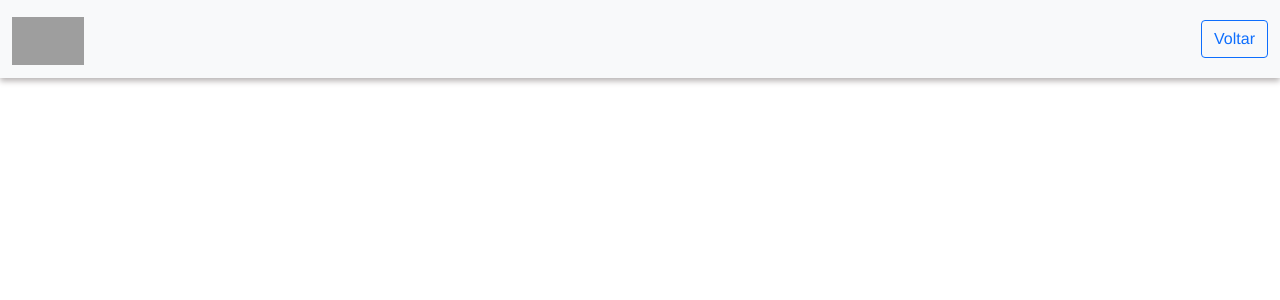
Repository: LuismGil/Countries-list
Page: /
The author's editor kept a copy of each file at every save. The page is drawn from the files as they stood at one save, then again after the next save.
The browser window is 1280 px wide. The pictures show the whole page.
Pictures or frames that could not be fetched are drawn as grey boxes. The project was rebuilt for these pictures with package versions that can differ from the ones it lists, and the page was loaded fresh each time.

Above is the page before, as saved 2021-05-22 18:55:00.

After the next save:
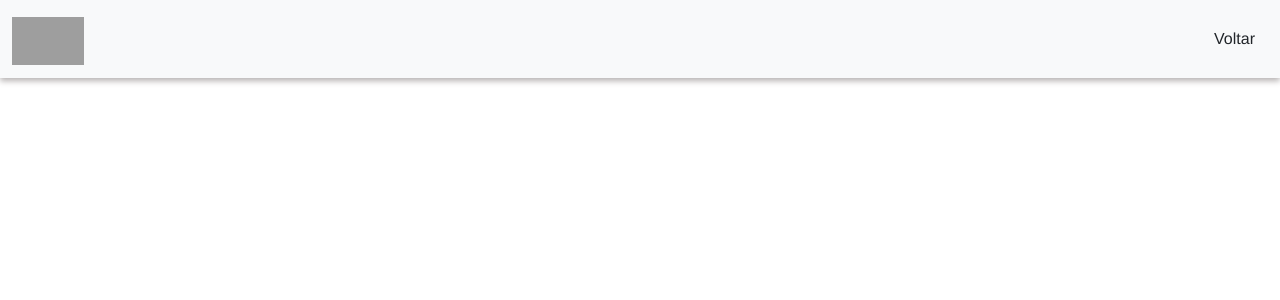
Saved 53 s later.
--- a/src/components/MvButton.vue
+++ b/src/components/MvButton.vue
@@ -1,6 +1,6 @@
 <template>
   <div>
-    <button type="button" class="btn btn-outline-primary">Voltar</button>
+    <button type="button" class="btn btn-outline-$purple-200">Voltar</button>
   </div>
 </template>
 

After the save that followed:
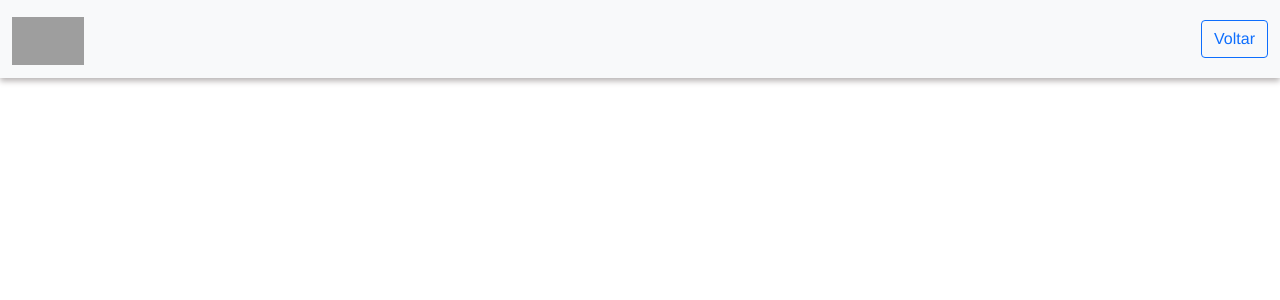
Saved 12 s later.
--- a/src/components/MvButton.vue
+++ b/src/components/MvButton.vue
@@ -1,6 +1,6 @@
 <template>
   <div>
-    <button type="button" class="btn btn-outline-$purple-200">Voltar</button>
+    <button type="button" class="btn btn-outline-primary">Voltar</button>
   </div>
 </template>
 
